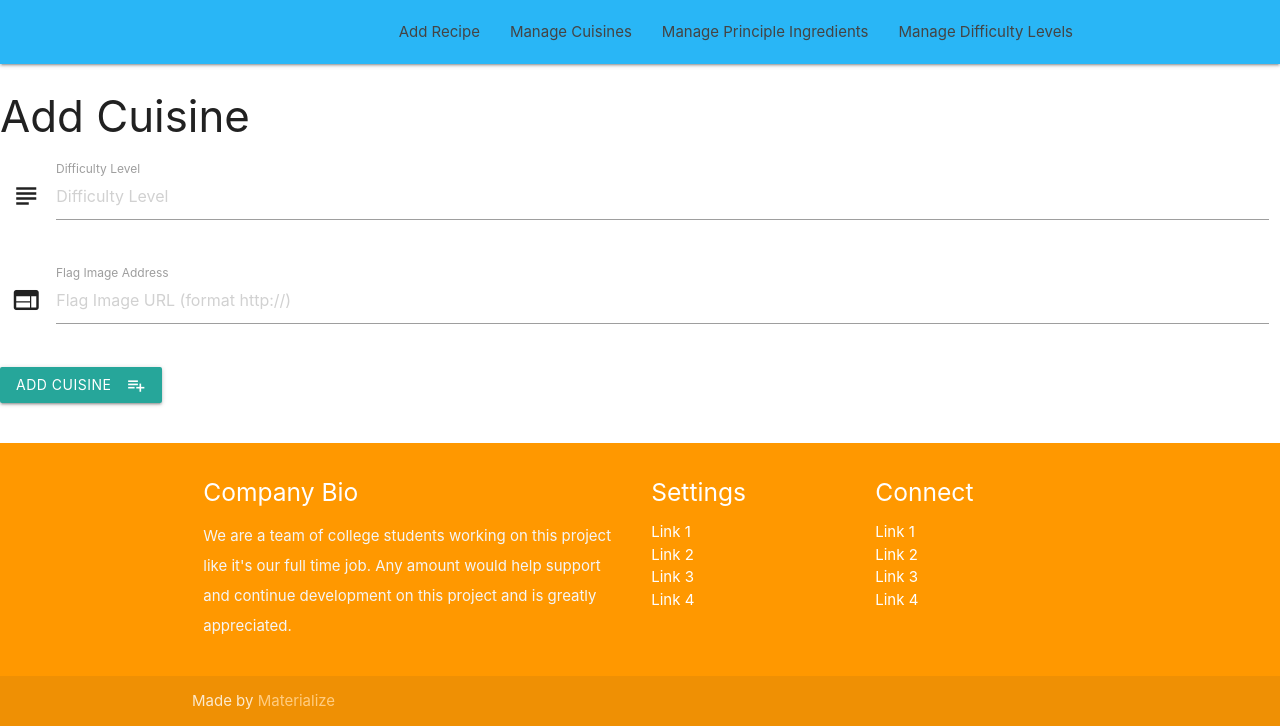
Repository: keefm6776/cookery-website
Page: templates/add_difficulty.html
The author's editor kept a record of every edit. The page is drawn from the files as they stood at one moment, then again after the next edit.
The browser window is 1280 px wide. The pictures show the whole page.
The page is served by the project's application, run on Flask 3 (app.py). The template is opened directly, without the code that normally fills it, so the values that code supplies are empty.

Above is the page before.

After the next edit:
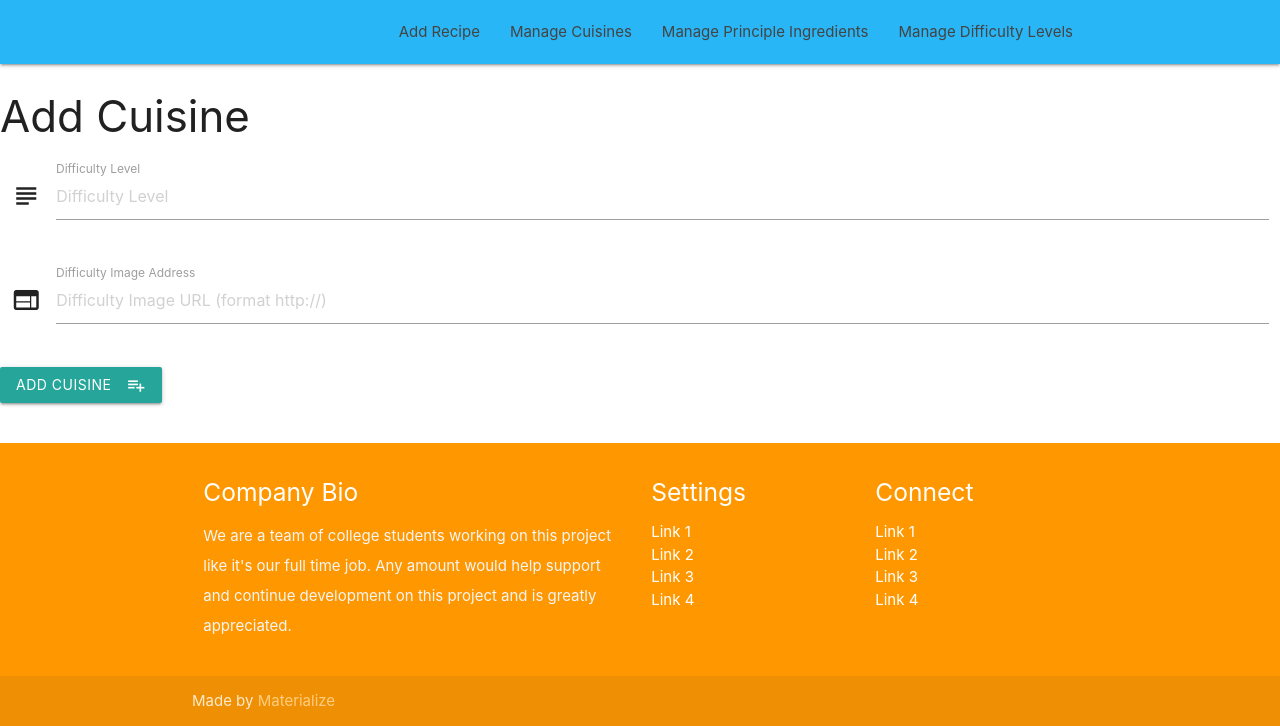
The edit:
--- a/templates/add_difficulty.html
+++ b/templates/add_difficulty.html
@@ -17,8 +17,8 @@
          <div class="row">
             <div class="input-field col s12">
                 <i class="material-icons prefix">web</i>
-                <label>Flag Image Address</label>
-                <input placeholder="Flag Image URL (format http://)" id="flag_image" name="flag_image" type="url" class="validate">
+                <label>Difficulty Image Address</label>
+                <input placeholder="Difficulty Image URL (format http://)" id="image_url" name="image_url" type="url" class="validate">
             </div>
             <!-- input-field -->
         </div>
